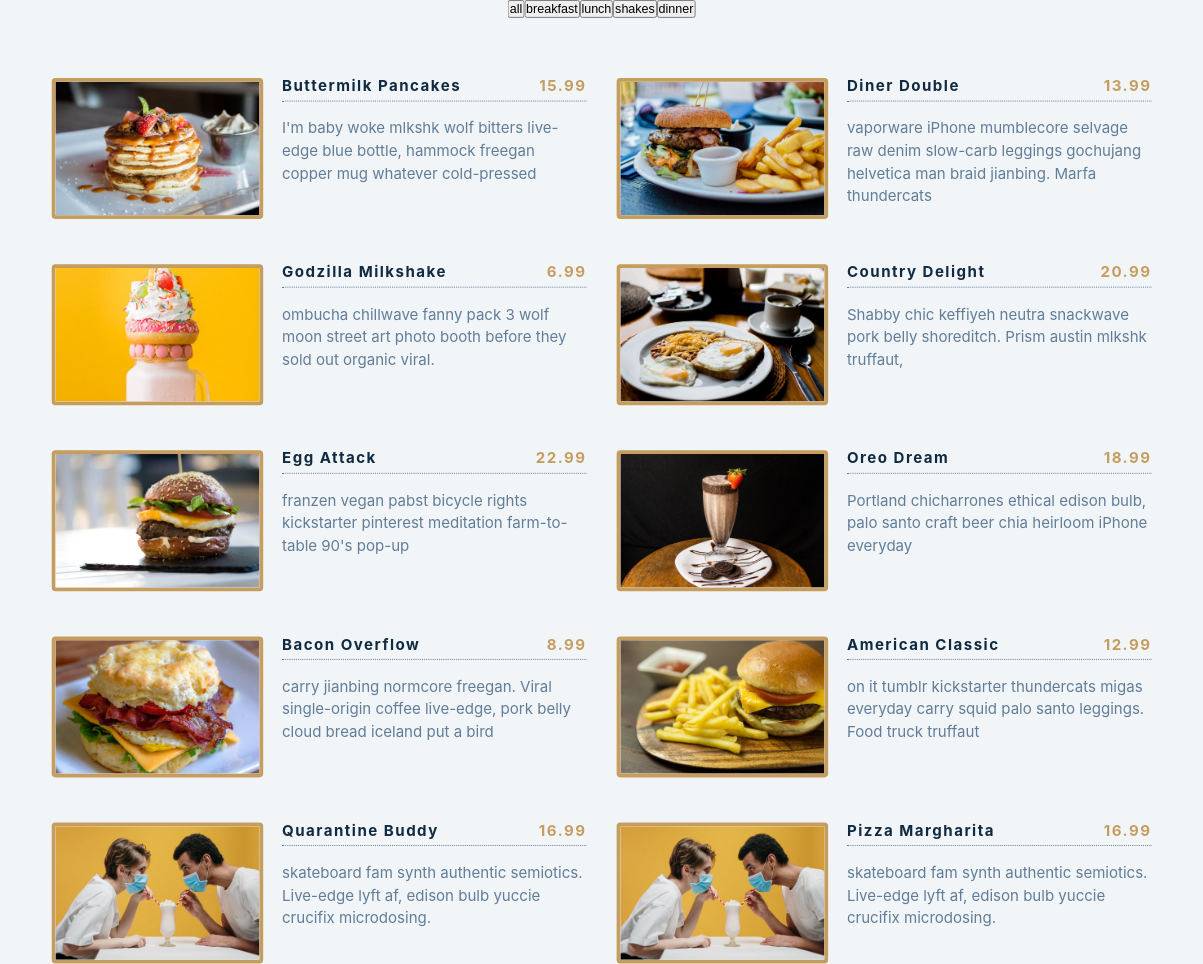
Repository: gligor99/menu-ts-react
Page: /
The author's editor kept a copy of each file at every save. The page is drawn from the files as they stood at one save, then again after the next save.
The browser window is 1280 px wide. The pictures show the whole page, at 94% of full size.
The project was rebuilt for these pictures with package versions that can differ from the ones it lists, and the page was loaded fresh each time.

Above is the page before, as saved 2021-11-24 23:39:13.

### src/App.tsx
import { useState } from "react";
import Categories from "./components/Categories";
import Menu from "./components/Menu";
import items from "./data";

const uniques = Array.from(new Set(items.map((item) => item.category))) ;
const allCategories = ['all', ...uniques]


export type ItemsProps = {
  id: number;
  title: string;
  category: string;
  price: number;
  img: string;
  desc: string;
};

function App() {
  const [menuItems, setMenuItems] = useState<ItemsProps[]>(items);
  const [categories, setCategories] = useState(allCategories)
  console.log(categories);

  return (
    <div className="App">
      <Categories categories={categories} />
      <Menu items={menuItems} />
    </div>
  );
}

export default App;

### src/components/Categories.tsx
type Props = {
  categories: string[];
};

const Categories: React.FC<Props> = ({ categories }) => {
  return (
    <div className="btn-container">
      {categories.map((item, index) => {
          return <button>
              {item}
          </button>
      })}
    </div>
  );
};

export default Categories;

### src/components/Menu.tsx
import { ItemsProps } from "../App";
import '../index.css'

type Props = {
  items: ItemsProps[];
};

const Menu: React.FC<Props> = ({ items }) => {
  console.log(items);

  return (
    <div className="section-center">
      {items.map((item) => {
        return (
          <article className="menu-item" key={item.id}>
            <img src={item.img} alt={item.title} className="photo" />
            <div className="item-info">
                <header>
                    <h4 className="title">{item.title}</h4>
                    <h4 className="price">{item.price}</h4>
                </header>
                <p className="item-text">{item.desc}</p>
            </div>
          </article>
        );
      })}
    </div>
  );
};

export default Menu;

### src/data.ts
const menu = [
    {
      id: 1,
      title: 'buttermilk pancakes',
      category: 'breakfast',
      price: 15.99,
      img: './images/item-1.jpeg',
      desc: `I'm baby woke mlkshk wolf bitters live-edge blue bottle, hammock freegan copper mug whatever cold-pressed `,
    },
    {
      id: 2,
      title: 'diner double',
      category: 'lunch',
      price: 13.99,
      img: './images/item-2.jpeg',
      desc: `vaporware iPhone mumblecore selvage raw denim slow-carb leggings gochujang helvetica man braid jianbing. Marfa thundercats `,
    },
    {
      id: 3,
      title: 'godzilla milkshake',
      category: 'shakes',
      price: 6.99,
      img: './images/item-3.jpeg',
      desc: `ombucha chillwave fanny pack 3 wolf moon street art photo booth before they sold out organic viral.`,
    },
    {
      id: 4,
      title: 'country delight',
      category: 'breakfast',
      price: 20.99,
      img: './images/item-4.jpeg',
      desc: `Shabby chic keffiyeh neutra snackwave pork belly shoreditch. Prism austin mlkshk truffaut, `,
    },
    {
      id: 5,
      title: 'egg attack',
      category: 'lunch',
      price: 22.99,
      img: './images/item-5.jpeg',
      desc: `franzen vegan pabst bicycle rights kickstarter pinterest meditation farm-to-table 90's pop-up `,
    },
    {
      id: 6,
      title: 'oreo dream',
      category: 'shakes',
      price: 18.99,
      img: './images/item-6.jpeg',
      desc: `Portland chicharrones ethical edison bulb, palo santo craft beer chia heirloom iPhone everyday`,
    },
    {
      id: 7,
      title: 'bacon overflow',
      category: 'breakfast',
      price: 8.99,
      img: './images/item-7.jpeg',
      desc: `carry jianbing normcore freegan. Viral single-origin coffee live-edge, pork belly cloud bread iceland put a bird `,
    },
    {
      id: 8,
      title: 'american classic',
      category: 'lunch',
      price: 12.99,
      img: './images/item-8.jpeg',
      desc: `on it tumblr kickstarter thundercats migas everyday carry squid palo santo leggings. Food truck truffaut  `,
    },
    {
      id: 9,
      title: 'quarantine buddy',
      category: 'shakes',
      price: 16.99,
      img: './images/item-9.jpeg',
      desc: `skateboard fam synth authentic semiotics. Live-edge lyft af, edison bulb yuccie crucifix microdosing.`,
    },
    {
      id: 10,
      title: 'pizza margharita',
      category: 'dinner',
      price: 16.99,
      img: './images/item-9.jpeg',
      desc: `skateboard fam synth authentic semiotics. Live-edge lyft af, edison bulb yuccie crucifix microdosing.`,
    },


  ];
  export default menu;

Loaded but not shown: public/index.html (common file); src/index.tsx (common file); src/index.css (common file)

After the next save:
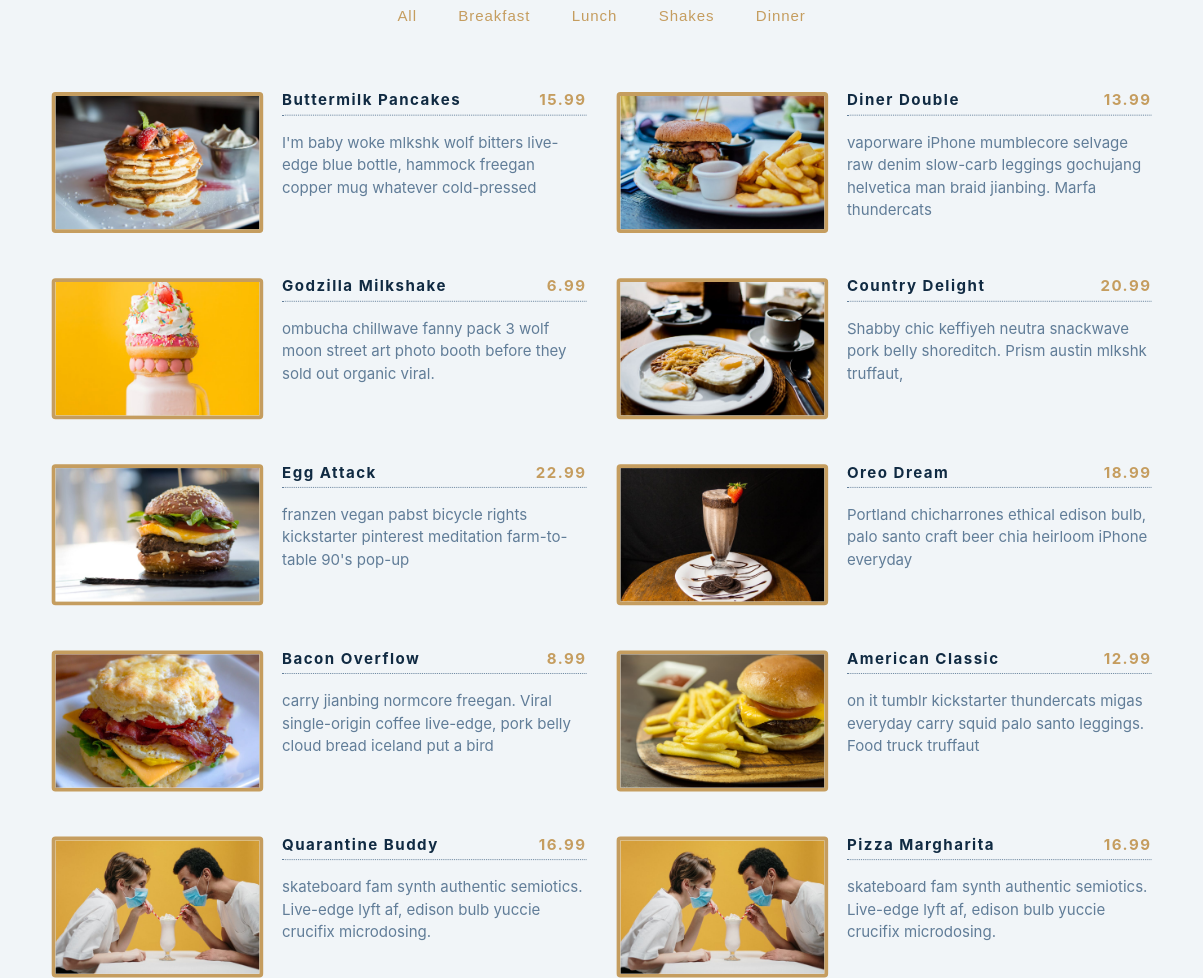
Saved 24 s later.
--- a/src/components/Categories.tsx
+++ b/src/components/Categories.tsx
@@ -6,7 +6,7 @@ const Categories: React.FC<Props> = ({ categories }) => {
   return (
     <div className="btn-container">
       {categories.map((item, index) => {
-          return <button>
+          return <button type="button" className="filter-btn">
               {item}
           </button>
       })}
